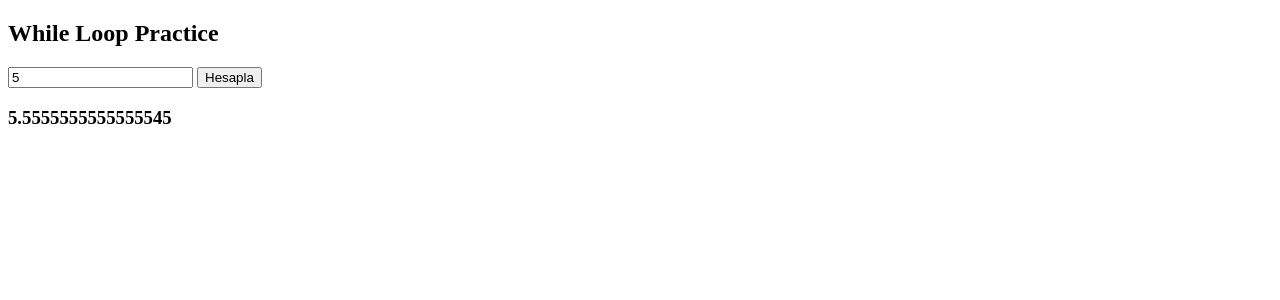
Repository: GorkemTurhan89/jsTutorial
Page: 31-looppractice.html
These files come from the project's save history. The page is drawn as it stood at one moment and after the next save; the edit follows.
The browser window is 1280 px wide. The pictures show the whole page.
Empty fields were first filled with sample values (such as "Sample", 5 or name@example.com).
After loading, the first visible `button` was clicked once.

Above is the page before, as saved 2024-06-15 19:55:10.

### 31-looppractice.html
<!DOCTYPE html>
<html lang="en">
<head>
    <meta charset="UTF-8">
    <meta name="viewport" content="width=device-width, initial-scale=1.0">
    <title>Loop Practice</title>
</head>
<body>
    <h2>While Loop Practice</h2>

    <input type="number" name="sayi" id="sayim">

    <button onclick="hesapla()">Hesapla</button>
    <h3 id="sonuc"></h3>
</body>

<script>

    function hesapla (){
       let  num =document.querySelector("#sayim").value;

        let toplam =0;


       while (num>0){
        digit=num % 10;
        toplam +=digit;
        num = num/10;
       }
       document.querySelector("#sonuc").innerHTML=toplam;
    }
</script>
</html>

After the next save:
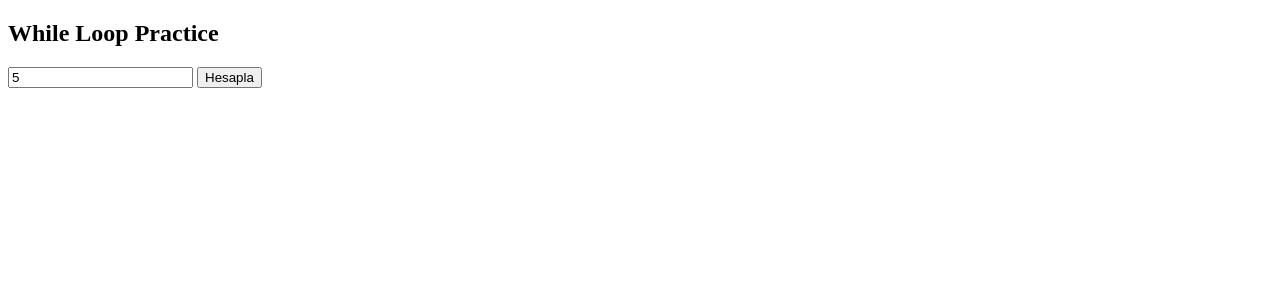
Console error: SyntaxError: Unexpected token ';'
Saved 7 s later.
--- a/31-looppractice.html
+++ b/31-looppractice.html
@@ -25,7 +25,7 @@
        while (num>0){
         digit=num % 10;
         toplam +=digit;
-        num = num/10;
+        num = (num/10;
        }
        document.querySelector("#sonuc").innerHTML=toplam;
     }

After the 2 saves that followed:
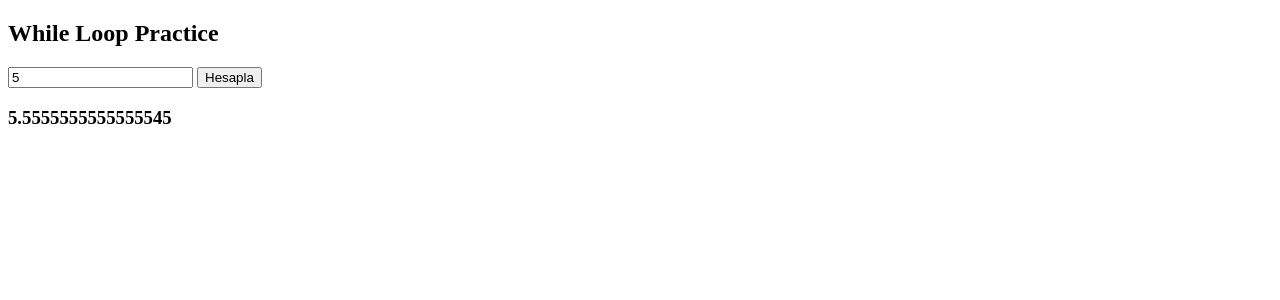
The error is gone.
The 2 saves are shown as one change because they came seconds apart.
The last was saved 7 s later.
--- a/31-looppractice.html
+++ b/31-looppractice.html
@@ -25,7 +25,7 @@
        while (num>0){
         digit=num % 10;
         toplam +=digit;
-        num = (num/10;
+        num = (num/10);
        }
        document.querySelector("#sonuc").innerHTML=toplam;
     }
